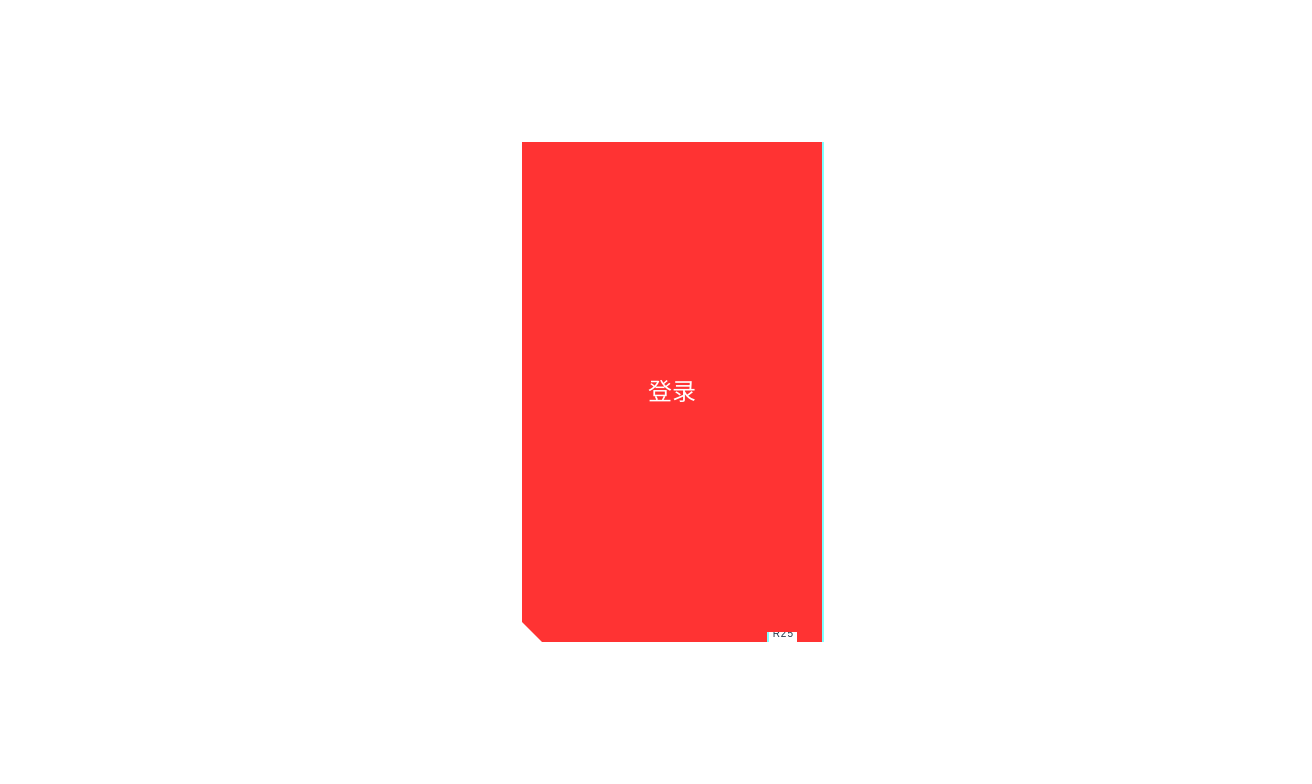
Repository: yezhonghu0503/brainstorming
Page: /
An editor plug-in stored every save of this project. The page is shown before and after the next save, followed by the edit.
The browser window is 1280 px wide. The page is 1312 px wide, so the pictures cover 1312 px, including what lies to the right of the window. The pictures show the whole page.
The project was rebuilt for these pictures with package versions that can differ from the ones it lists, and the page was loaded fresh each time. Also part of the build but not shown: vite.config.ts.

Above is the page before, as saved 2022-10-11 14:50:23.

### src/main.ts
import { createApp } from 'vue'
import './style.css'
import App from './App.vue'
import router from './router'

const app = createApp(App);

app.use(router);
app.mount('#app');

### src/App.vue
<script setup lang="ts">
// This starter template is using Vue 3 <script setup> SFCs
// Check out https://vuejs.org/api/sfc-script-setup.html#script-setup
import {onMounted} from "vue"
onMounted(()=>{
  console.log("---Braninstorming v1.0 dev---")
})
</script>

<template>
  <router-view />
</template>

<style scoped>
body {
  background: #f6f6f6;
}
#app {
  font-family: Avenir, Helvetica, Arial, sans-serif;
  -webkit-font-smoothing: antialiased;
  -moz-osx-font-smoothing: grayscale;
  text-align: center;
  color: #2c3e50;
  overflow-x: hidden;
  padding-bottom: 15px;
  /* margin-top: 60px; */
}
</style>

### src/router/index.ts
import {createRouter,createWebHistory,createWebHashHistory,RouteRecordRaw} from "vue-router"
import { defineAsyncComponent } from "vue";

const history = createWebHashHistory();
const routes: Array<RouteRecordRaw> = [
    {
        path:'/',
        name:'login',
        component: ()=> import(`../views/login/index.vue`),
        meta:{
            title:"登录"
        }
    }
]
const router = createRouter({
    history:history,
    routes:routes
})
//路由守卫
router.beforeEach((to, from, next) => {
    // to and from are both route objects. must call `next`.
    if(to.meta.title){
        document.title = `${to.meta.title}`;
    }
    next();
})
router.afterEach((to, from) => {
    // to and from are both route objects.
})

export default router;

### src/views/login/index.vue
<script lang="ts">
export default {
  setup() {},
};
</script>

<template>
  <main>
    <div class="button">
      <div class="glitch"></div>
      <div class="text" data-text="登录">登录</div>
      <span class="platform">R25</span>
    </div>
  </main>
</template>

<style>
* {
  box-sizing: border-box;
  padding: 0;
  margin: 0;
  font-family: BlenderProBold, "PingFang SC", "Microsoft Yahei", sans-serif;
}

main {
  width: 100vw;
  height: 100vh;
  display: flex;
  align-items: center;
  justify-content: center;
}

.button {
  width: 300px;
  height: 500px;
  background: none;
  display: flex;
  align-items: center;
  justify-content: center;
  position: relative;
  cursor: pointer;
}

.button::after,
.button::before,
.glitch {
  content: "";
  display: block;
  position: absolute;
  top: 0;
  left: 0;
  width: 100%;
  height: 100%;
  clip-path: polygon(
    0 0,
    100% 0,
    100% 100%,
    calc(100% - 25px) 100%,
    calc(100% - 25px) calc(100% - 10px),
    calc(100% - 55px) calc(100% - 10px),
    calc(100% - 55px) 100%,
    20px 100%,
    0 calc(100% - 20px)
  );
}

.button::before {
  left: 2px;
  background: hsl(180, 100%, 50%, 50%);
}
.button::after {
  background: hsl(0deg, 100%, 60%);
}

.glitch {
  background: hsl(0deg, 100%, 60%);
  box-shadow: 0 0 0 1px hsl(180, 100%, 50%) inset;
  z-index: 10;
  opacity: 0;
}

.text {
  font-size: 24px;
  font-weight: 800;
  color: white;
  position: relative;
  z-index: 15;
}
.text::before {
  content: attr(data-text);
  position: absolute;
  display: block;
  top: 0;
  left: 0;
  text-shadow: 1px 1px hsl(180, 100%, 50%), -1px -2px hsl(50deg, 100%, 60%);
  opacity: 0;
}

.button:hover .glitch,
.button:hover .text::before {
  animation: glitch-effect 2s infinite;
  opacity: 1;
}

.platform {
  position: absolute;
  right: 28px;
  bottom: -4px;
  font-size: 10px;
  letter-spacing: 1px;
  font-weight: 500;
}

@keyframes glitch-effect {
  0% {
    clip-path: polygon(0 0, 100% 0, 100% 2%, 0 2%);
  }
  5% {
    clip-path: polygon(0 8%, 100% 8%, 100% 16%, 0 16%);
  }
  10% {
    clip-path: polygon(0 80%, 100% 80%, 100% 88%, 0 88%);
    transform: translate3d(-5px, 0, 0);
  }
  15% {
    clip-path: polygon(0 80%, 100% 80%, 100% 88%, 0 88%);
    transform: translate3d(5px, 0, 0);
  }
  16% {
    clip-path: polygon(0 80%, 100% 80%, 100% 88%, 0 88%);
    transform: translate3d(5px, 0, 0);
  }
  17% {
    clip-path: polygon(0 90%, 100% 90%, 100% 100%, 0 100%);
    transform: translate3d(5px, 0, 0);
  }
  18% {
    clip-path: polygon(0 0, 0 0, 0 0, 0 0);
  }
  20% {
    clip-path: polygon(0 30%, 100% 30%, 100% 65%, 0 65%);
  }
  25% {
    clip-path: polygon(0 30%, 100% 30%, 100% 65%, 0 65%);
    transform: translate3d(-5px, 0, 0);
  }
  28% {
    clip-path: polygon(0 30%, 100% 30%, 100% 65%, 0 65%);
    transform: translate3d(-5px, 0, 0);
  }
  29% {
    clip-path: polygon(0 30%, 100% 30%, 100% 65%, 0 65%);
    transform: translate3d(5px, 0, 0);
  }
  30% {
    clip-path: polygon(0 75%, 100% 75%, 100% 100%, 0 100%);
  }

  40% {
    clip-path: polygon(0 45%, 100% 45%, 100% 60%, 0 60%);
  }
  42% {
    clip-path: polygon(0 45%, 100% 45%, 100% 60%, 0 60%);
    transform: translate3d(-5px, 0, 0);
  }
  45% {
    clip-path: polygon(0 45%, 100% 45%, 100% 60%, 0 60%);
    transform: translate3d(5px, 0, 0);
  }
  48% {
    clip-path: polygon(0 45%, 100% 45%, 100% 60%, 0 60%);
    transform: translate3d(-5px, 0, 0);
  }
  50% {
    clip-path: polygon(0 0, 0 0, 0 0, 0 0);
  }
  60% {
    clip-path: polygon(0 100%, 100% 100%, 100% 100%, 0 100%);
  }
  100% {
    clip-path: polygon(0 100%, 100% 100%, 100% 100%, 0 100%);
    transform: translate3d(0, 0, 0);
  }
}
</style>

Loaded but not shown: index.html (common file); src/style.css (common file)

After the next save:
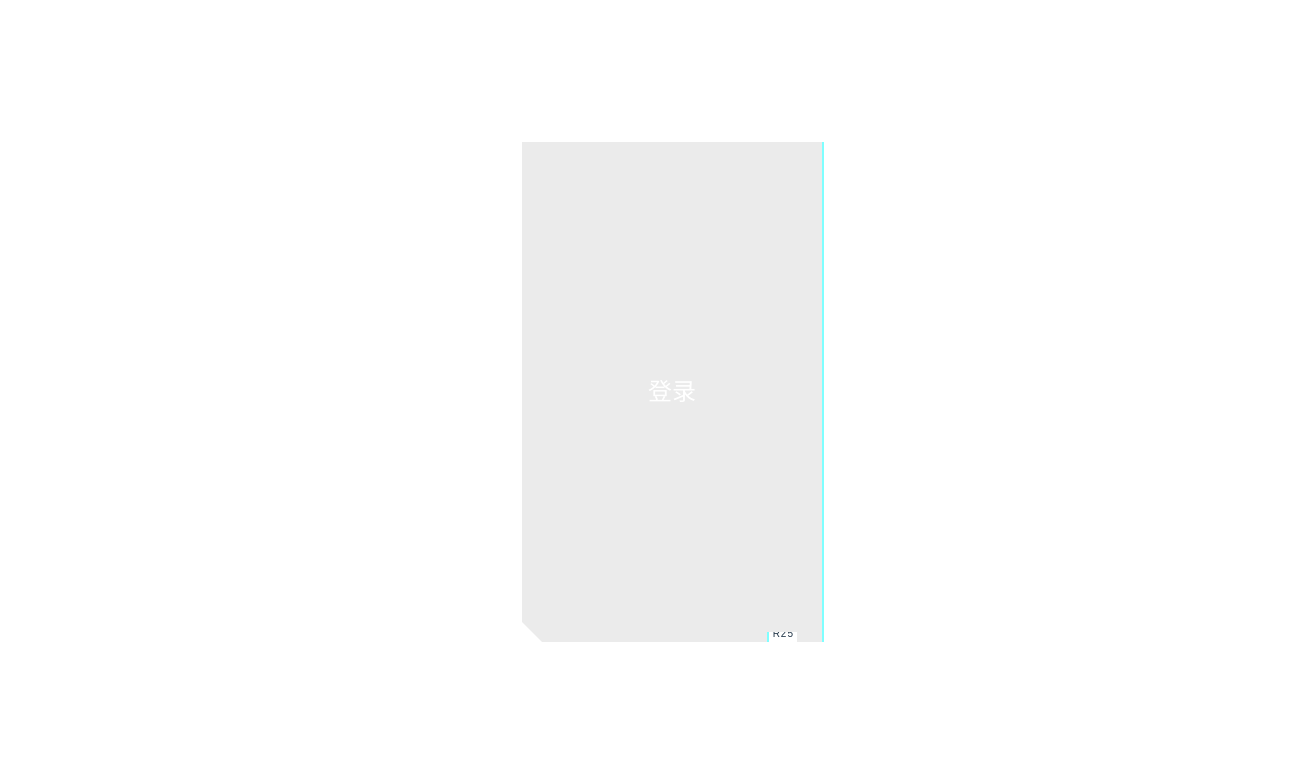
Saved 11 s later.
--- a/src/views/login/index.vue
+++ b/src/views/login/index.vue
@@ -69,7 +69,7 @@
   background: hsl(180, 100%, 50%, 50%);
 }
 .button::after {
-  background: hsl(0deg, 100%, 60%);
+  background: rgb(235, 235, 235);
 }
 
 .glitch {

After the save that followed:
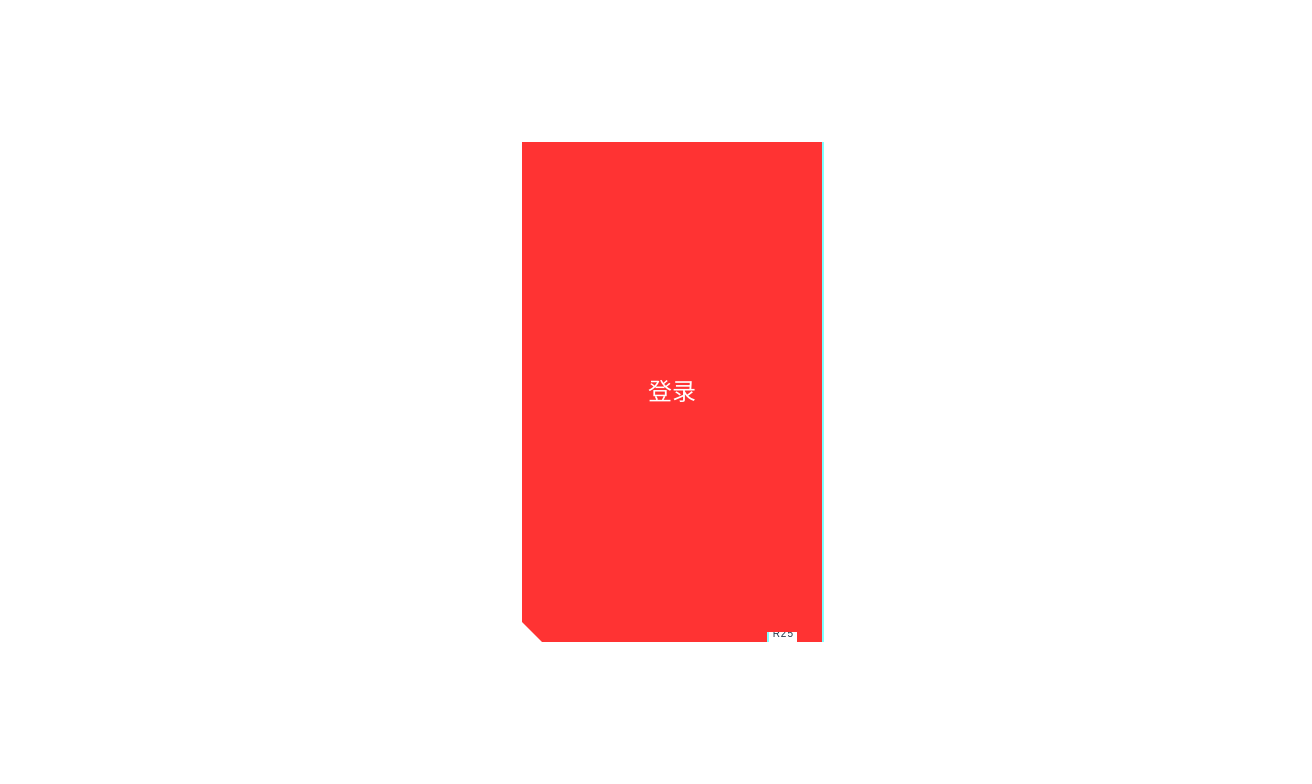
Saved 5 s later.
--- a/src/views/login/index.vue
+++ b/src/views/login/index.vue
@@ -69,7 +69,7 @@
   background: hsl(180, 100%, 50%, 50%);
 }
 .button::after {
-  background: rgb(235, 235, 235);
+  background: hsl(0deg, 100%, 60%);
 }
 
 .glitch {
